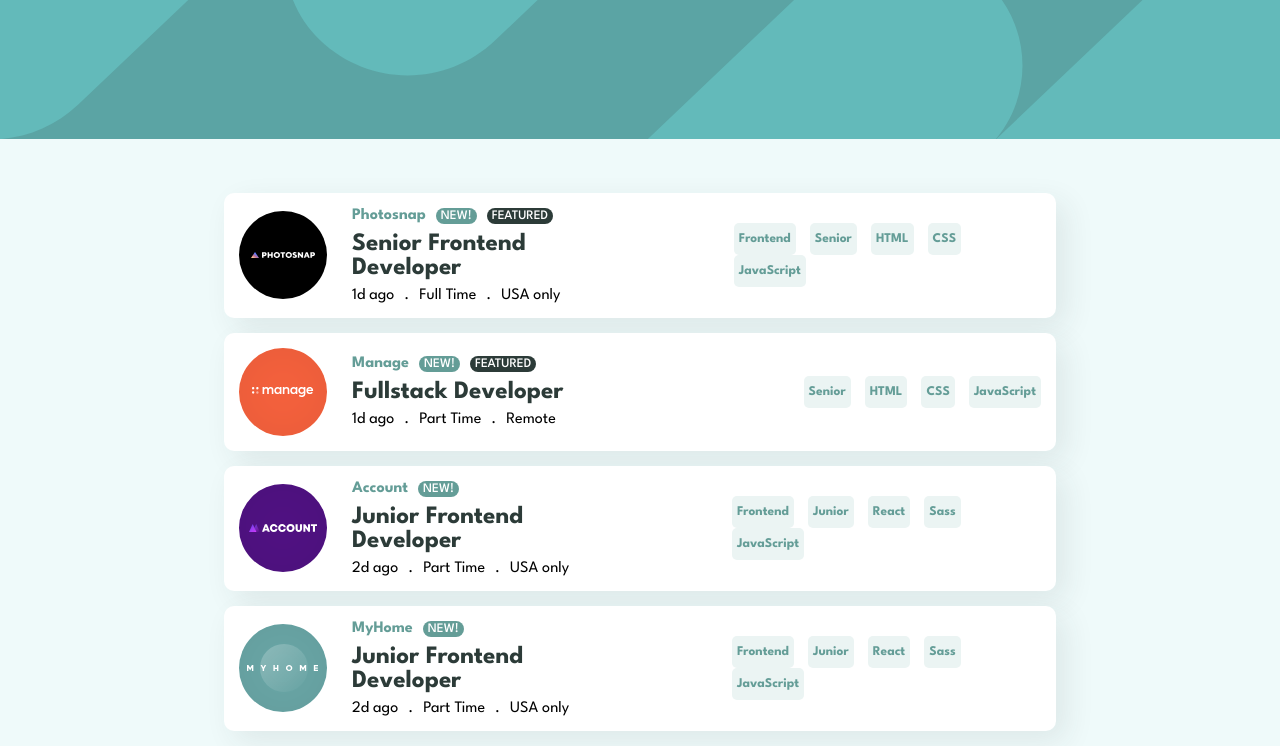
Repository: Eldream12/JobListing
Page: index.html
These files come from the project's save history. The page is drawn as it stood at one moment and after the next save; the edit follows.
The browser window is 1280 px wide. The pictures show the whole page.

Above is the page before, as saved 2025-03-31 22:04:18.

After the next save:
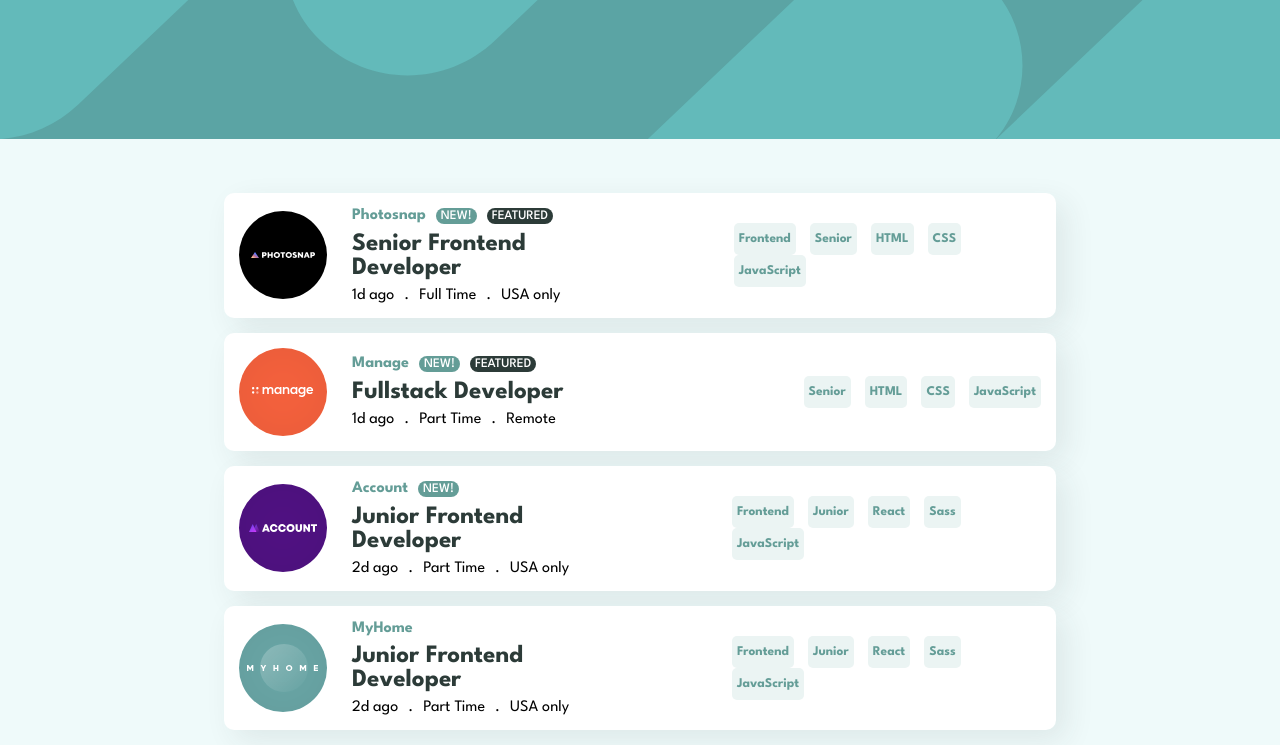
Saved 14 s later.
--- a/index.html
+++ b/index.html
@@ -128,7 +128,7 @@
 							<div class="txt-1">
 								<h4>MyHome</h4>
 								<div class="btn-1">
-									<button>NEW!</button>
+									<!-- <button>NEW!</button> -->
 								</div>
 								<div class="btn-2">
 									<!-- <button>FEATURED</button> -->
